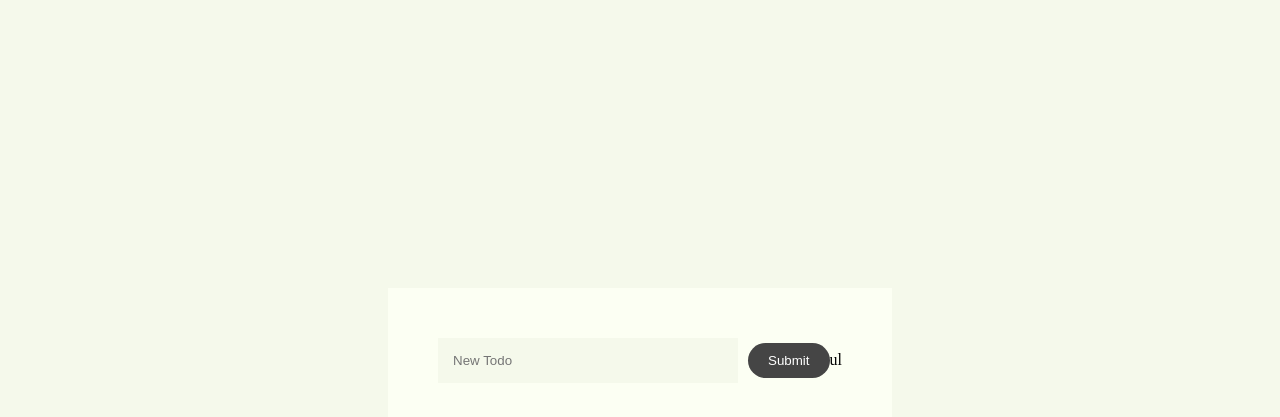
Repository: Subhadeep2609/Todo_React
Page: /
The author's editor kept a copy of each file at every save. The page is drawn from the files as they stood at one save, then again after a run of saves.
The browser window is 1280 px wide. The pictures show the whole page.
The project was rebuilt for these pictures with package versions that can differ from the ones it lists, and the page was loaded fresh each time. Also part of the build but not shown: vite.config.js.

Above is the page before, as saved 2025-09-04 13:32:34.

After the next 4 saves:
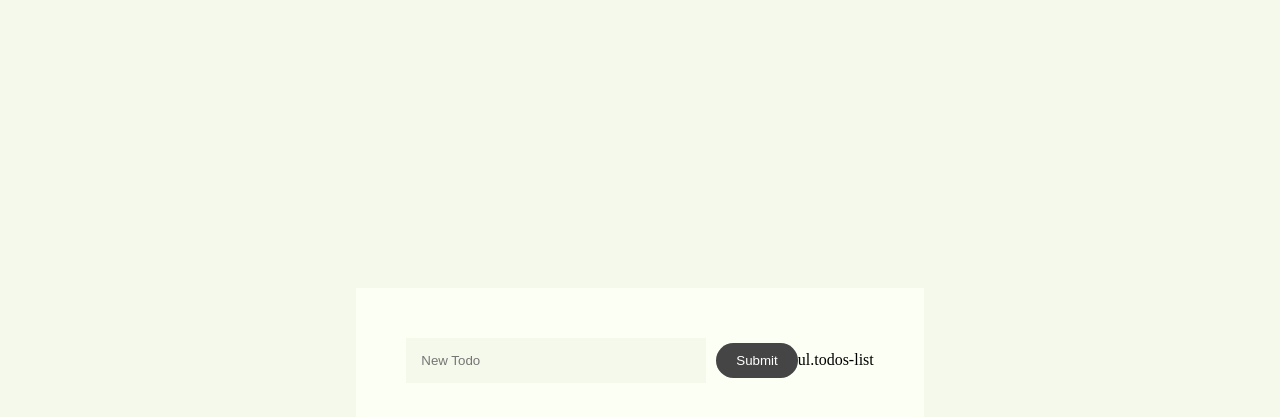
The 4 saves are shown as one change because they came seconds apart.
The last was saved 11 s later.
--- a/src/components/Todo.jsx
+++ b/src/components/Todo.jsx
@@ -19,7 +19,7 @@ const Todo = () => {
 
         <button onClick={handleSubmit}>Submit</button>
 
-        ul
+        ul.todos-list
     </div>
   )
 }
